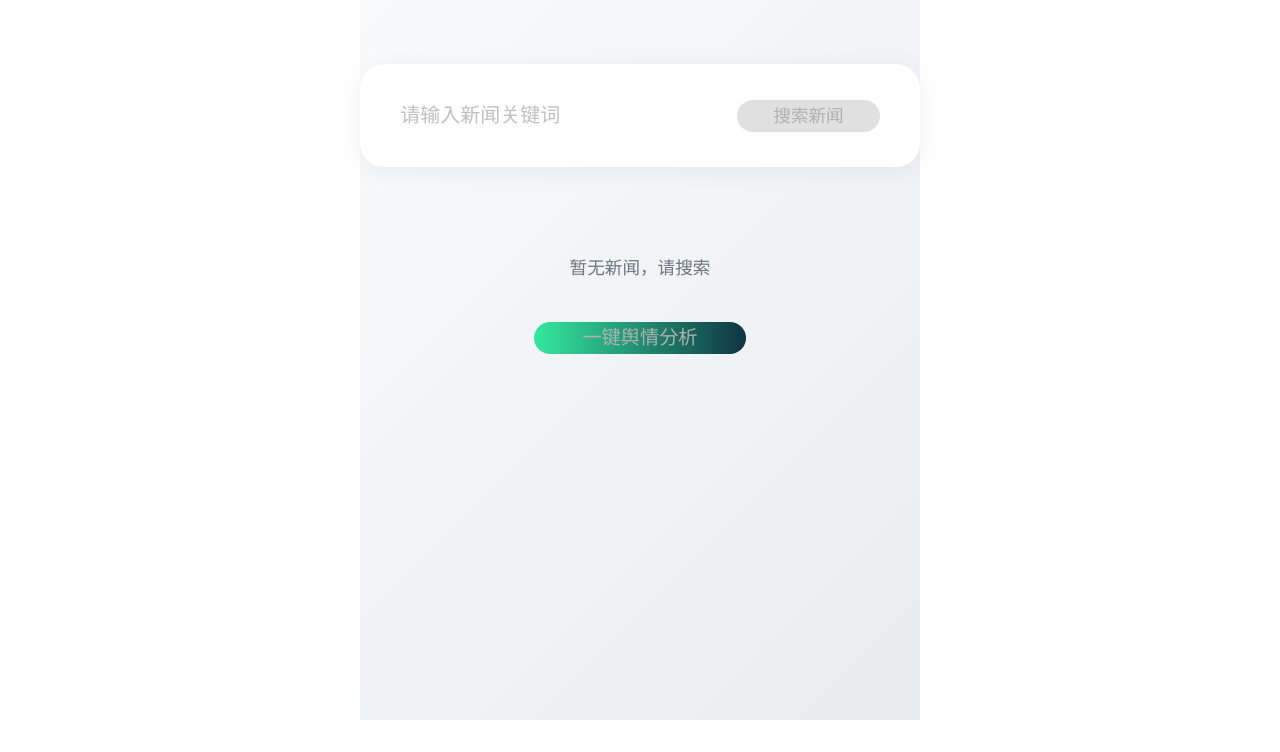
Repository: XJN7197/NewsAssistantBaseMCP
Page: / (app in frontend/)
An editor plug-in stored every save of this project. The page is shown before and after the next save, followed by the edit.
The browser window is 1280 px wide. The pictures show the whole page.
The project was rebuilt for these pictures with package versions that can differ from the ones it lists, and the page was loaded fresh each time. Also part of the build but not shown: frontend/vite.config.ts.

Above is the page before, as saved 2025-05-21 12:29:46.

After the next save:
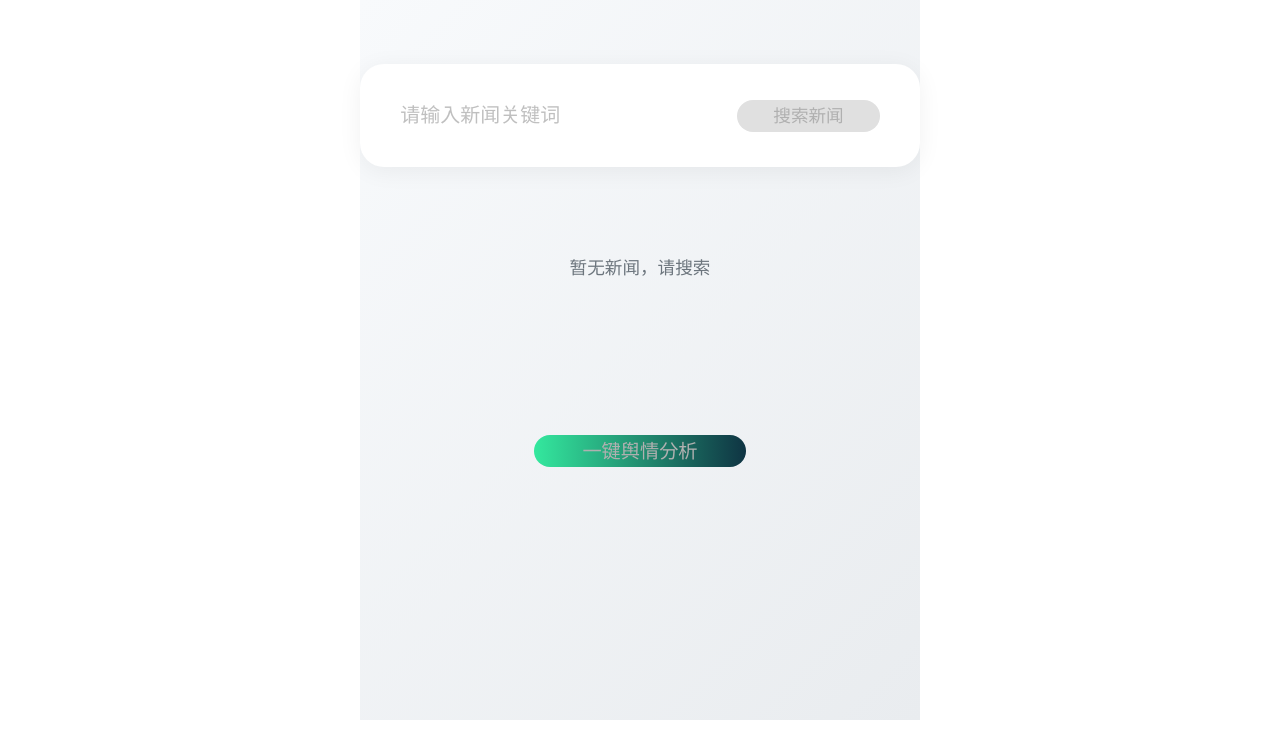
Saved 20 s later.
--- a/frontend/src/pages/Home.module.css
+++ b/frontend/src/pages/Home.module.css
@@ -51,7 +51,7 @@
   box-shadow: none;
 }
 
-.news-list {
+.news-list-container { /* Renamed from .news-list */
   width: 100%;
   max-width: 900px; /* 新闻列表最大宽度，比搜索栏稍宽 */
   margin-bottom: 40px;
@@ -70,77 +70,7 @@
   padding: 40px 0;
 }
 
-/* 新闻卡片样式 */
-.news-card {
-  background: #fff;
-  border-radius: 12px;
-  box-shadow: 0 2px 12px 0 rgba(0,0,0,0.05);
-  display: flex;
-  flex-direction: row;
-  gap: 20px;
-  transition: transform 0.2s ease-in-out, box-shadow 0.2s ease-in-out;
-  min-height: 160px;
-}
-
-.checkbox-container {
-  display: flex;
-  align-items: center;
-  padding: 24px 0 24px 24px;
-}
-
-.checkbox-container input[type="checkbox"] {
-  width: 20px;
-  height: 20px;
-  cursor: pointer;
-}
-
-.news-content {
-  flex: 1;
-  display: flex;
-  flex-direction: column;
-  gap: 12px;
-  padding: 24px 24px 24px 0;
-}
-
-.news-card:hover {
-  transform: translateY(-4px); /* 鼠标悬停时轻微上移 */
-  box-shadow: 0 6px 20px 0 rgba(0,0,0,0.08); /* 鼠标悬停时阴影加深 */
-}
-
-.news-title {
-  margin: 0;
-  font-size: 1.3rem; /* 标题字体大小 */
-  font-weight: 600;
-  color: #1d1d1f; /* 深色标题 */
-  line-height: 1.4;
-}
-
-.news-desc {
-  margin: 0;
-  font-size: 1rem; /* 描述字体大小 */
-  color: #555; /* 稍浅的描述文字 */
-  line-height: 1.6;
-  display: -webkit-box;
-  -webkit-line-clamp: 3; /* 限制描述显示3行 */
-  -webkit-box-orient: vertical;
-  overflow: hidden;
-  text-overflow: ellipsis;
-}
-
-.news-link {
-  display: inline-block;
-  margin-top: 8px;
-  font-size: 0.95rem;
-  color: #007aff; /* 链接颜色 */
-  text-decoration: none;
-  font-weight: 500;
-  transition: color 0.2s ease-in-out;
-}
-
-.news-link:hover {
-  color: #005ecf; /* 链接悬停颜色 */
-  text-decoration: underline;
-}
+/* Styles for .news-card, .checkbox-container, .news-content, .news-title, .news-desc, .news-link are removed as Ant Design components handle them */
 
 /* 错误消息样式 */
 .error-message {
@@ -175,69 +105,4 @@
   box-shadow: none;
 }
 
-.report-modal {
-  position: fixed;
-  top: 0; left: 0; right: 0; bottom: 0;
-  background: rgba(0,0,0,0.25); /* 稍微加深了遮罩层 */
-  display: flex;
-  align-items: center;
-  justify-content: center;
-  z-index: 1000;
-  padding: 20px; /* 给模态框内容区域一些呼吸空间，防止贴边 */
-}
-
-.report-modal > div { /* 这是模态框的内容区域 */
-  background: #fff;
-  border-radius: 24px; /* 更大的圆角 */
-  box-shadow: 0 12px 48px 0 rgba(0,0,0,0.12); /* 更精致的阴影 */
-  padding: 40px 48px 36px 48px; /* 增加了内边距 */
-  min-width: 420px; /* 模态框最小宽度 */
-  width: auto; /* 宽度自适应内容，但受max-width限制 */
-  max-width: 60vw; /* 模态框最大宽度，不超过视口宽度的60% */
-  max-height: 85vh; /* 模态框最大高度 */
-  overflow-y: auto; /* 内容超出时显示滚动条 */
-  text-align: left;
-  display: flex;
-  flex-direction: column;
-}
-
-.report-modal h3 {
-  margin-top: 0;
-  margin-bottom: 24px;
-  font-size: 1.6rem; /* 标题字体加大 */
-  font-weight: 600;
-  color: #1d1d1f; /* 苹果常用的深灰色文字 */
-  letter-spacing: 0.01em;
-  text-align: center; /* 标题居中 */
-}
-
-.report-modal pre {
-  background: #f5f5f7; /* 苹果风格的浅灰色背景 */
-  border: 1px solid #e5e5e5; /* 细边框 */
-  border-radius: 14px; /* 圆角 */
-  padding: 24px;
-  font-size: 1rem; /* 调整代码/文本区域字体大小 */
-  color: #333;
-  overflow-x: auto;
-  margin-bottom: 24px;
-  line-height: 1.6; /* 增加行高，提升可读性 */
-  flex-grow: 1; /* 让pre区域在内容不足时也能撑开 */
-}
-
-.report-modal button { /* 关闭按钮 */
-  background: #007aff; /* 苹果蓝 */
-  color: #fff;
-  border: none;
-  border-radius: 12px; /* 圆角 */
-  padding: 12px 32px;
-  font-size: 1.05rem; /* 字体大小 */
-  font-weight: 500;
-  cursor: pointer;
-  transition: background 0.2s;
-  align-self: center; /* 按钮居中 */
-  margin-top: 16px; /* 与上方内容间距 */
-}
-
-.report-modal button:hover {
-  background: #005ecf; /* 鼠标悬停颜色加深 */
-}
+/* Styles for .report-modal and its children are removed as Ant Design Modal component handles them */
